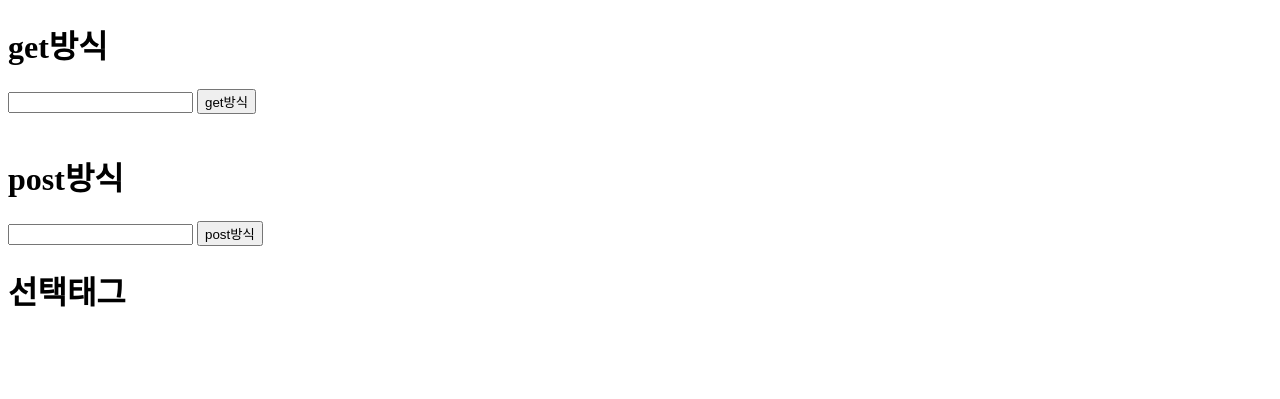
Repository: HeonchanKim/smhrd_jsp
Page: Servlet/src/main/webapp/ex04.html
An editor plug-in stored every save of this project. The page is shown before and after the next save, followed by the edit.
The browser window is 1280 px wide. The pictures show the whole page.

Above is the page before, as saved 2022-01-27 07:16:22.

After the next save:
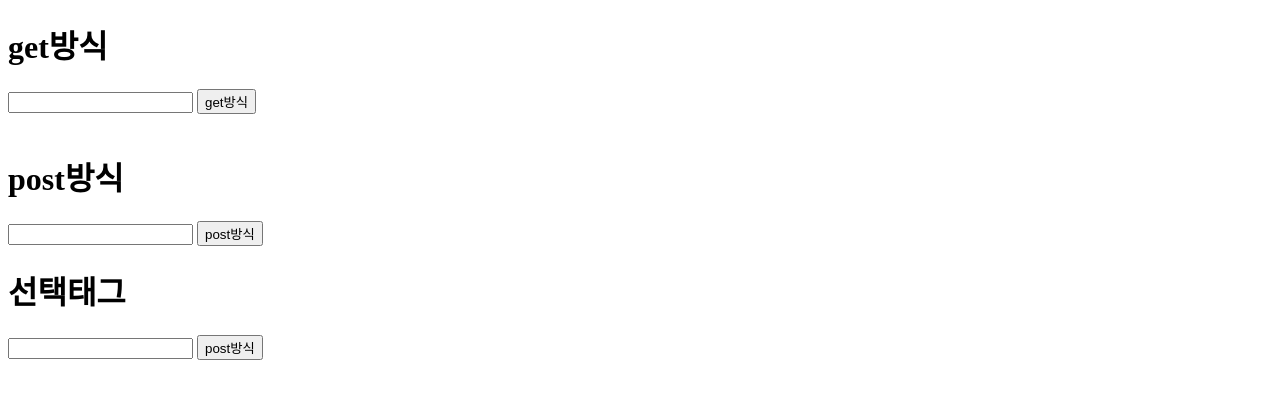
Saved 21 s later.
--- a/Servlet/src/main/webapp/ex04.html
+++ b/Servlet/src/main/webapp/ex04.html
@@ -30,10 +30,10 @@
 
 
 	<h1>선택태그</h1>
-	<form>
-
+	<form action="ex04" method="post">
+		<input type="text" name="text">
+		<input type="submit" value="post방식">
 	</form>
-
 
 
 
